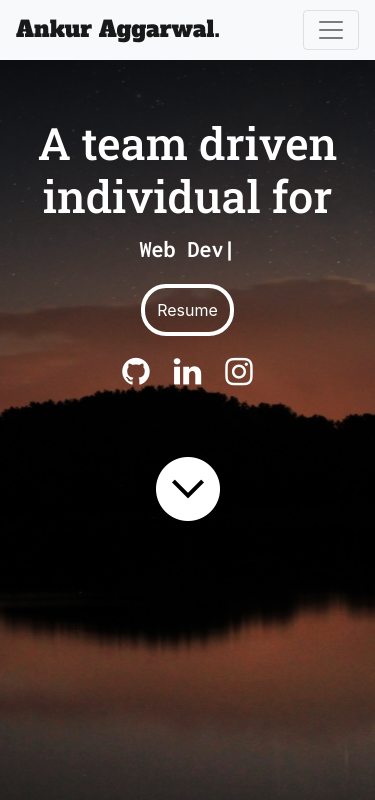
Repository: AnkurDevv/PersonalWebsite
Page: index.html
These files come from the project's save history. The page is drawn as it stood at one moment and after the next save; the edit follows.
The browser window is 375 px wide. The pictures show the whole page.
Some web fonts or font styles are not loaded; a fallback is used.

Above is the page before, as saved 2020-09-13 16:51:48.

After the next save:
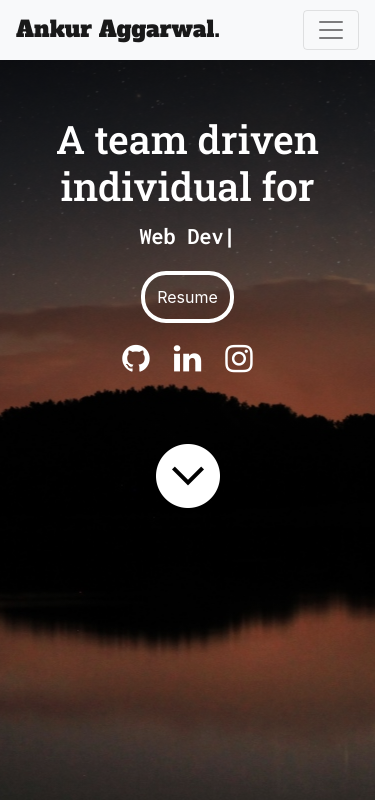
Saved 36 s later.
--- a/style/index.css
+++ b/style/index.css
@@ -141,7 +141,7 @@ header{
 
 @media only screen and (max-width: 600px) {
   #MainNameHeading{
-    font-size: 279%;
+    font-size: 245%;
     margin-top: 7vh;
   }
   #MainSubHeading{
